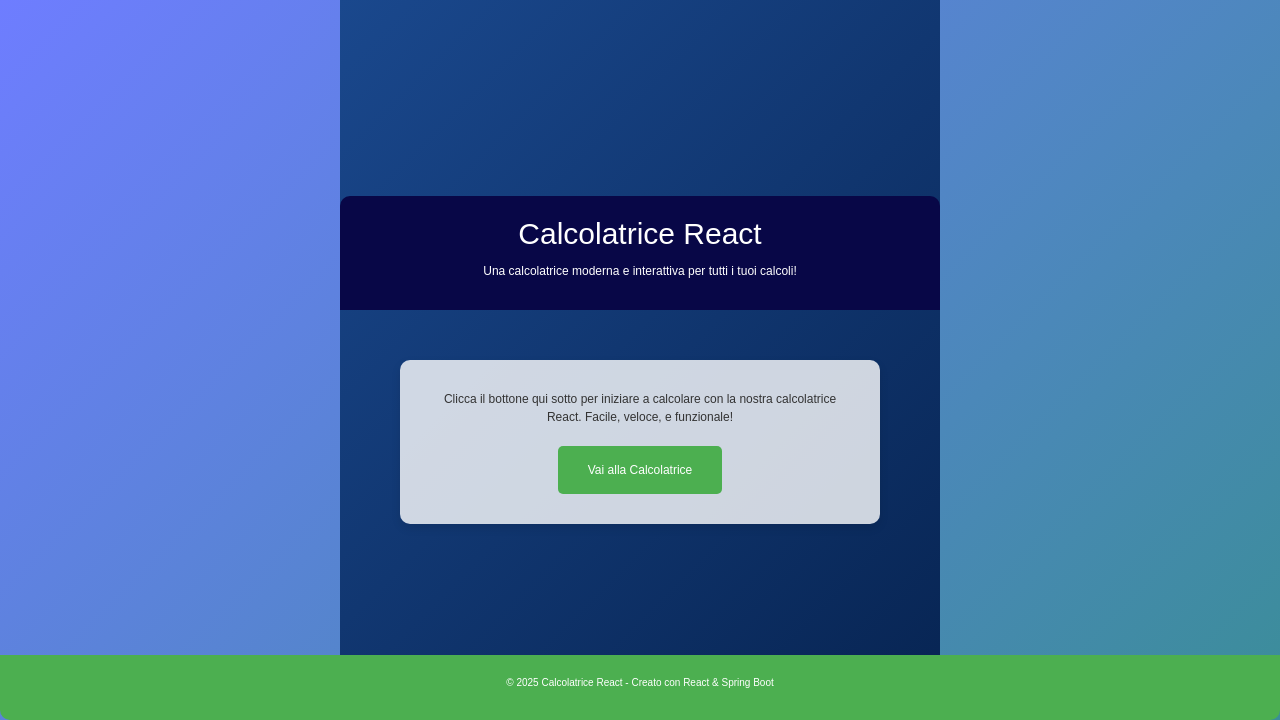
Repository: Probyte5D/Calcolatrice-FullStack
Page: / (app in frontend/)
The author's editor kept a copy of each file at every save. The page is drawn from the files as they stood at one save, then again after the next save.
The browser window is 1280 px wide. The pictures show the whole page.
The project was rebuilt for these pictures with package versions that can differ from the ones it lists, and the page was loaded fresh each time. Also part of the build but not shown: frontend/src/App.css, frontend/src/components/Calculator.js.

Above is the page before, as saved 2025-04-19 17:17:06.

After the next save:
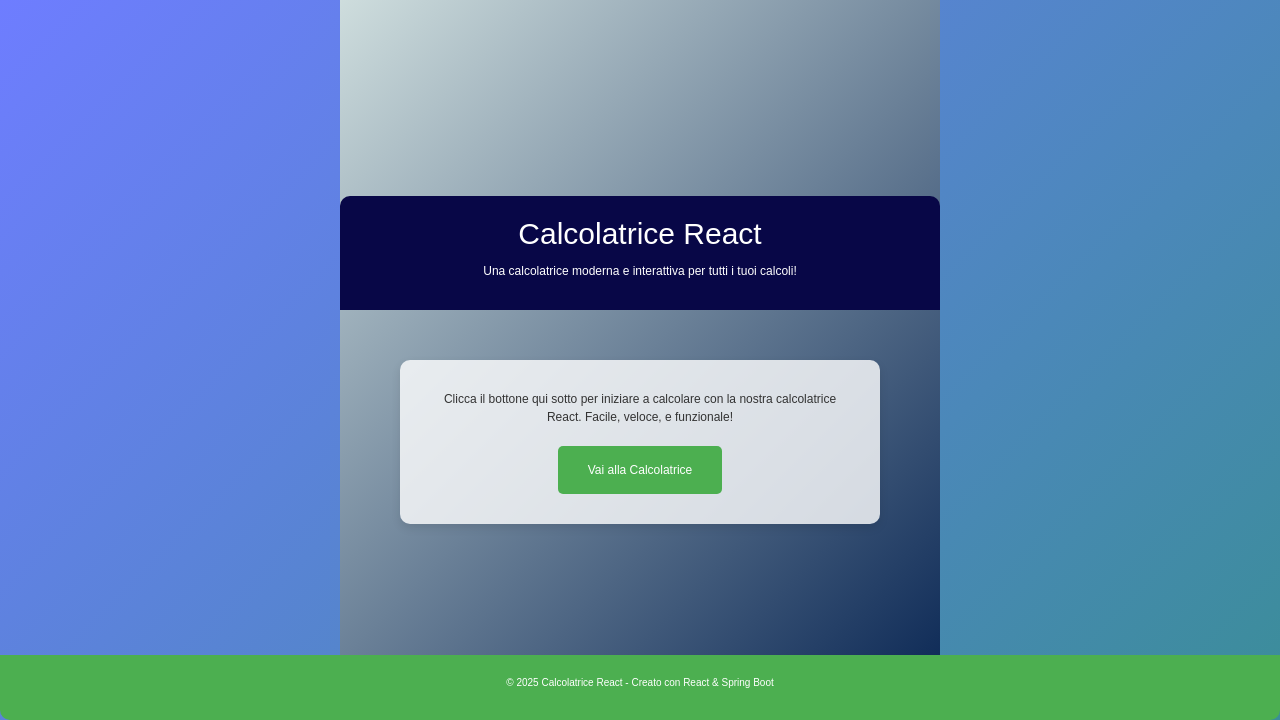
Saved 16 s later.
--- a/frontend/src/components/HomePage.css
+++ b/frontend/src/components/HomePage.css
@@ -3,7 +3,7 @@
 /* Impostazioni di base */
 .home-page {
   font-family: 'Arial', sans-serif;
-  background: linear-gradient(135deg, #1a488d, #072452);
+  background: linear-gradient(135deg, #cedddd, #072452);
   min-height: 100vh;
   display: flex;
   flex-direction: column;
